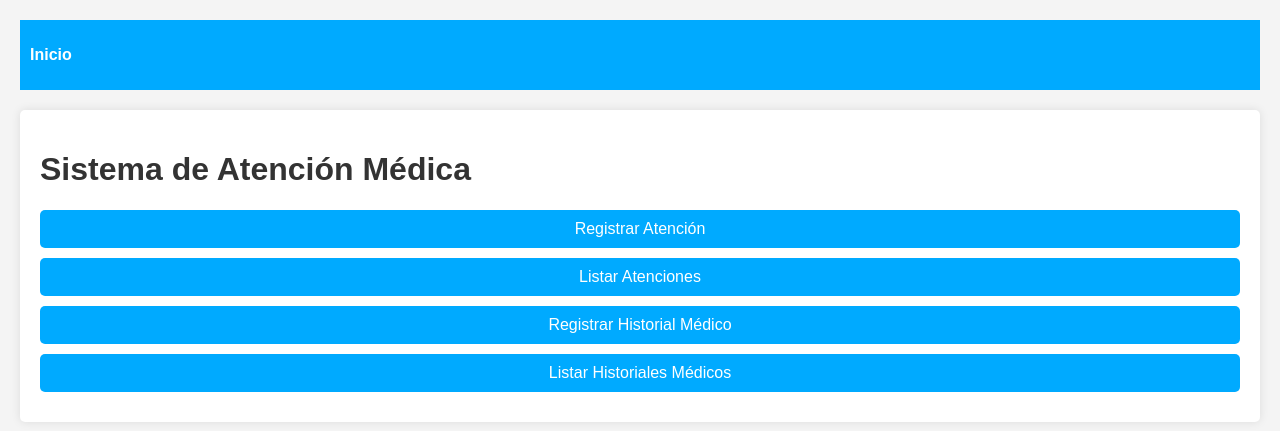
Repository: Luis-Nina21/EF-LP2
Page: http://localhost/index
An editor plug-in stored every save of this project. The page is shown before and after the next save, followed by the edit.
The browser window is 1280 px wide. The pictures show the whole page.
The page is this project's Thymeleaf template; nobody is signed in. The template is opened directly, without the code that normally fills it, so the values that code supplies are empty.

Above is the page before, as saved 2024-10-24 05:00:27.

After the next save:
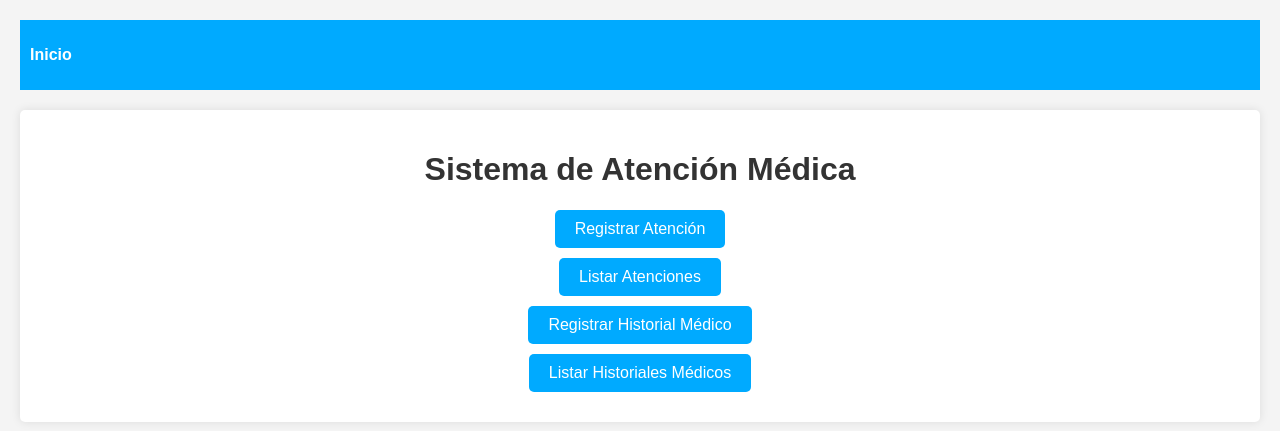
Saved 3 min 0 s later.
--- a/EF-LP2-LUIS-NINA/src/main/resources/templates/index.html
+++ b/EF-LP2-LUIS-NINA/src/main/resources/templates/index.html
@@ -42,6 +42,7 @@
             padding: 20px;
             border-radius: 5px;
             box-shadow: 0 0 10px rgba(0, 0, 0, 0.1);
+            text-align: center;
         }
 
         .option {
@@ -49,8 +50,8 @@
         }
 
         .option a {
-            display: block;
-            padding: 10px;
+            display: inline-block; /* Cambiado a inline-block para que no ocupe todo el ancho */
+            padding: 10px 20px; /* Añadido padding para reducir el ancho */
             background-color: #00aaff; /* Cambiado a color celeste */
             color: white;
             text-align: center;
@@ -73,16 +74,16 @@
     <div class="container">
         <h1>Sistema de Atención Médica</h1>
         <div class="option">
-            <a href="/atenciones/registrar-atencion">Registrar Atención</a>
+            <a href="/atenciones/registrar">Registrar Atención</a>
         </div>
         <div class="option">
-            <a href="/atenciones/listar-atencion">Listar Atenciones</a>
+            <a href="/atenciones/listar">Listar Atenciones</a>
         </div>
         <div class="option">
-            <a href="/paciente/registrar-pacientes">Registrar Historial Médico</a>
+            <a href="/pacientes/registrar">Registrar Historial Médico</a>
         </div>
         <div class="option">
-            <a href="/paciente/listar-pacientes">Listar Historiales Médicos</a>
+            <a href="/pacientes/listar">Listar Historiales Médicos</a>
         </div>
     </div>
 </body>
